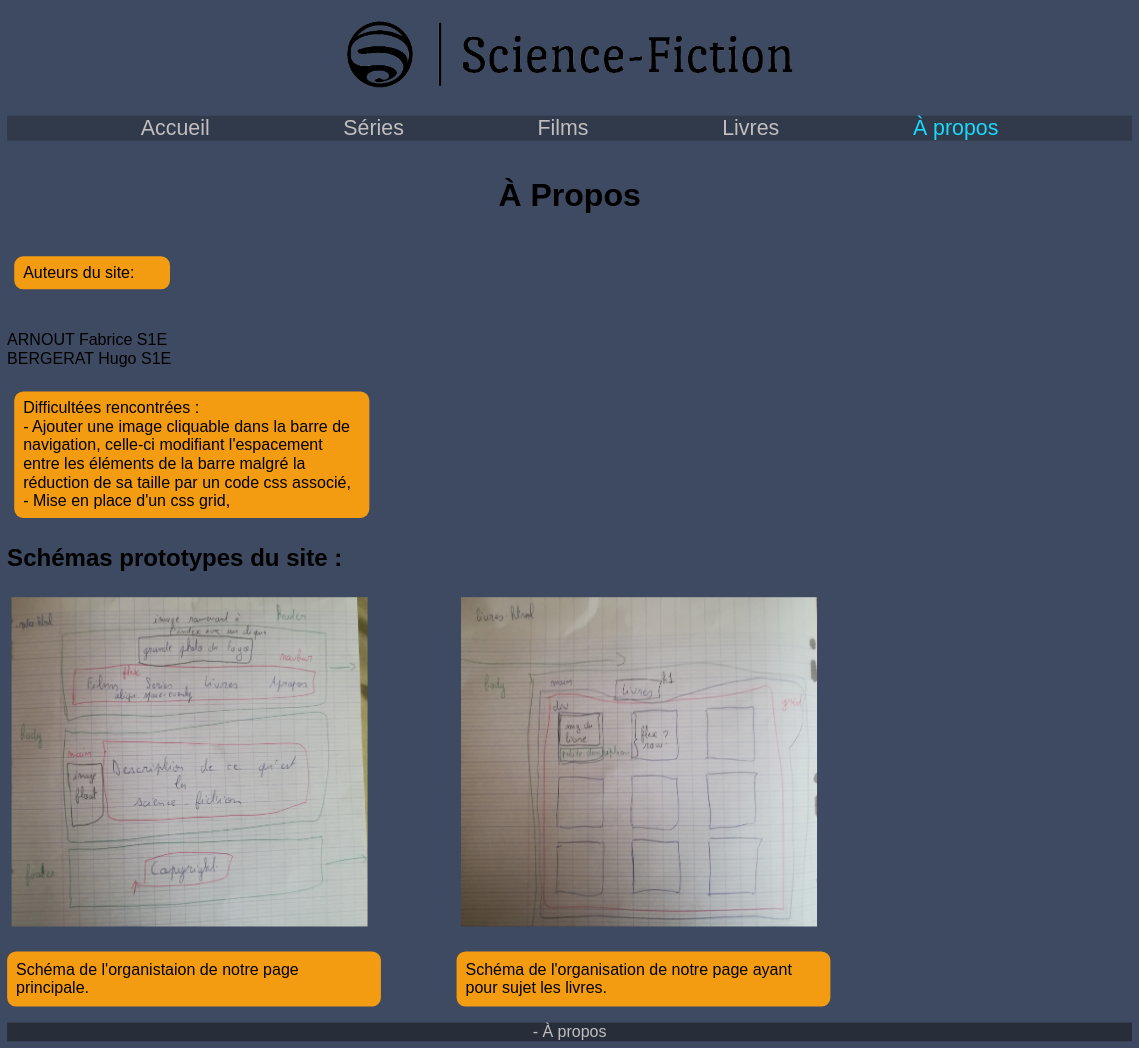
Repository: Emalios/Projet-Web
Page: html/a-propos.html
The author's editor kept a copy of each file at every save. The page is drawn from the files as they stood at one save, then again after the next save.
The browser window is 1280 px wide. The pictures show the whole page, at 89% of full size.

Above is the page before, as saved 2020-11-11 19:04:13.

After the next save:
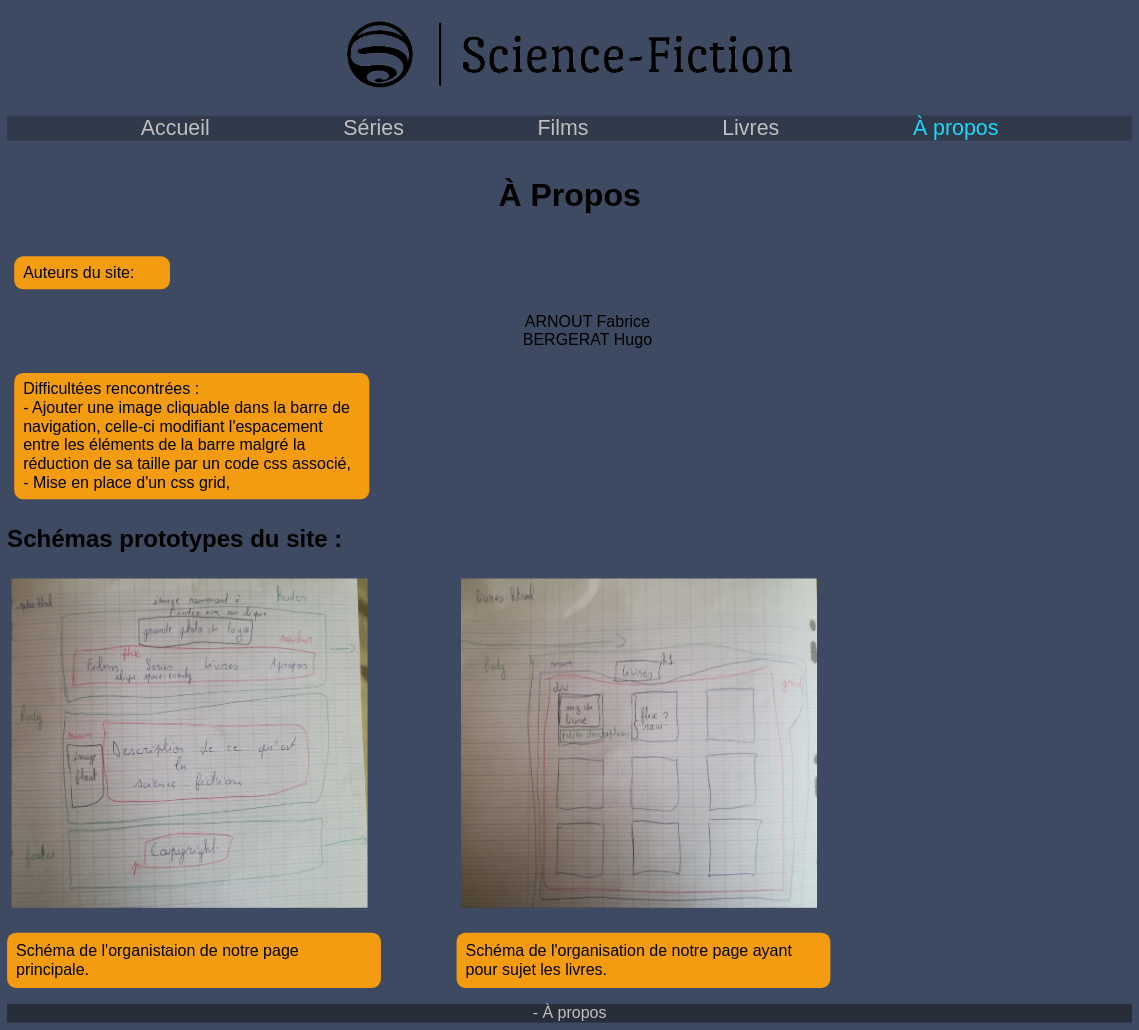
Saved 30 s later.
--- a/html/a-propos.html
+++ b/html/a-propos.html
@@ -24,7 +24,11 @@
   <main>
     <h1 id="title">À Propos</h1>
     <div class="presentation">
-      <p id="auteurs" class="texte">Auteurs du site: <ul id="auteurs"></ul> <br>ARNOUT Fabrice S1E<br>BERGERAT Hugo S1E</p>
+      <p id="auteurs" class="texte">Auteurs du site:
+        <ul id="auteurs">
+          <li>ARNOUT Fabrice</li>
+          <li>BERGERAT Hugo</li>
+        </ul>
       <p id="difficultes" class="texte">Difficultées rencontrées :<br>- Ajouter une image cliquable dans la barre de navigation, celle-ci modifiant l'espacement entre les éléments de la barre malgré la réduction de sa taille par un code css associé,
         <br> - Mise en place d'un css grid,
       </p>
